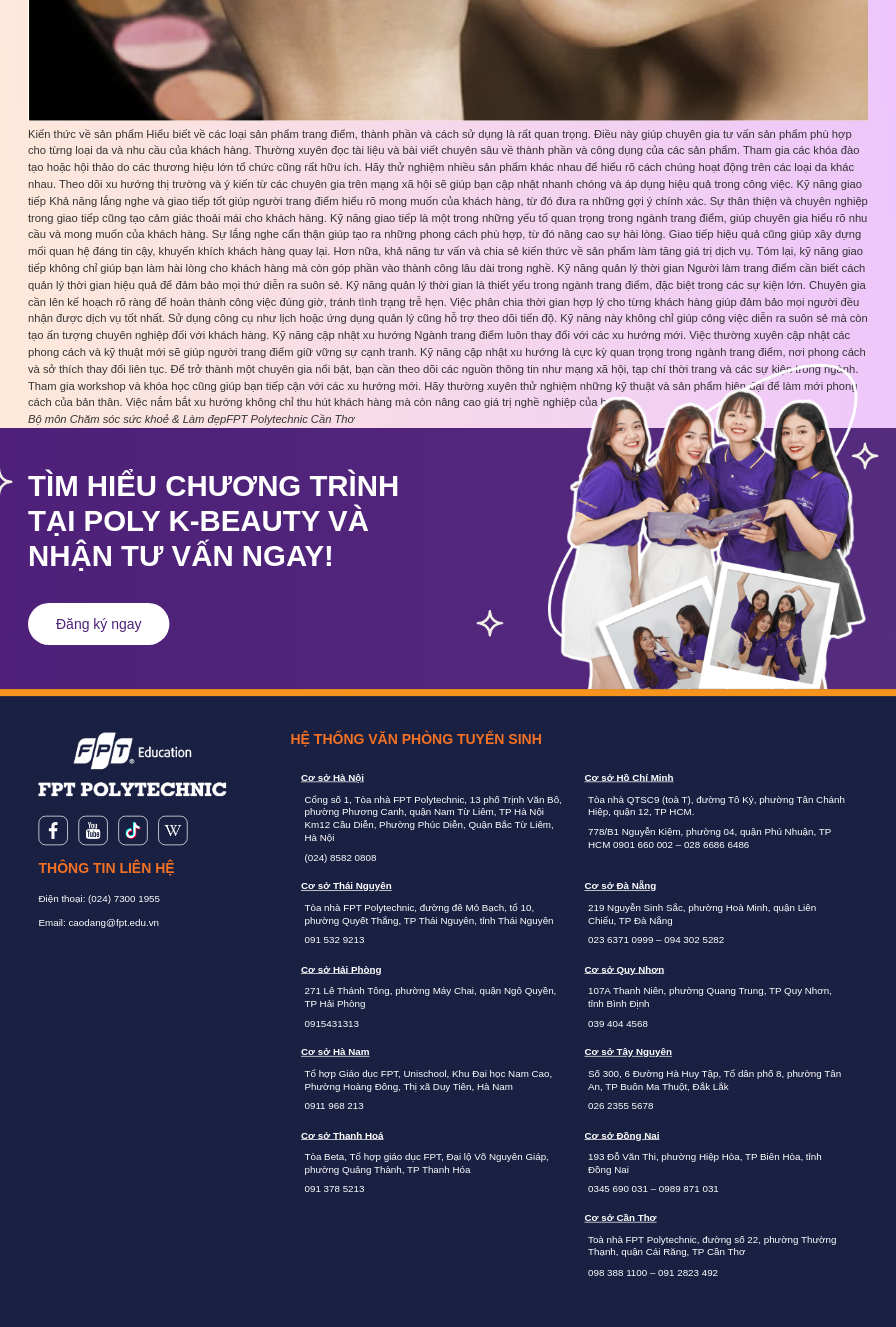
Repository: dinhtri123/k_beauty
Page: detail.html
These files come from the project's save history. The page is drawn as it stood at one moment and after the next save; the edit follows.
The browser window is 1280 px wide. The pictures show the part of the page from y = 1269 to 3189 px (the page is 3165 px tall before and 3189 px after), at 70% of full size.
Some web fonts or font styles are not loaded; a fallback is used.

Above is the page before, as saved 2024-12-25 20:26:41.

### detail.html
<!DOCTYPE html>
<html lang="en">

<head>
  <meta charset="UTF-8">
  <meta name="viewport" content="width=device-width, initial-scale=1.0">
  <title>Details Page</title>
  <link rel="stylesheet" href="https://cdn.jsdelivr.net/npm/swiper@11/swiper-bundle.min.css" />
  <link rel="stylesheet" href="https://cdnjs.cloudflare.com/ajax/libs/font-awesome/6.7.2/css/all.min.css"
    integrity="sha512-Evv84Mr4kqVGRNSgIGL/F/aIDqQb7xQ2vcrdIwxfjThSH8CSR7PBEakCr51Ck+w+/U6swU2Im1vVX0SVk9ABhg=="
    crossorigin="anonymous" referrerpolicy="no-referrer" />
  <link rel="stylesheet" href="./css/style.css">
  <link rel="stylesheet" href="./css/detail.css">
</head>

<body>
  <header>
    <div class="header-top-wrapper">
      <div class="container">
        <div class="header-top">
          <div class="header-top-left">
            <a href="mailto:caodang@fpt.edu.vn">
              <img src="./images/mail-outline.png" alt="">
              <span>caodang@fpt.edu.vn</span>
            </a>
            <p>
              <img src="./images/call-outline.png" alt="">
              <a href="tel:024 6327 6402">024 6327 6402</a>
              <span>|</span>
              <a href="tel: 0981 725 836"> 0981 725 836</a>
            </p>
          </div>
          <div class="header-top-right">
            <a href="">
              <img src="./images/Facebook.png" alt="">
            </a>
            <a href="">
              <img src="./images/YouTube.png" alt="">
            </a>
            <a href="">
              <img src="./images/TikTok.png" alt="">
            </a>
            <a href="">
              <img src="./images/Frame.png" alt="">
            </a>
          </div>
        </div>
      </div>
    </div>
    <div class="header-main container">
      <a href="" class="header-logo">
        <img src="./images/logo.png" alt="">
      </a>
      <nav class="header-nav">
        <ul class="header-menu">
          <li>
            <a href="">Trang chủ</a>
          </li>
          <li>
            <a href="">Giới thiệu
              <span>
                <img src="./images/arrow-bottom.png" alt="">
              </span>
            </a>
          </li>
          <li>
            <a href="">ngành đào tạo
              <span>
                <img src="./images/arrow-bottom.png" alt="">
              </span>
            </a>
          </li>
          <li>
            <a href="">ƯU đãi</a>
          </li>
          <li>
            <a href="">kiến thức da liễu cùng chuyên gia</a>
          </li>
          <li class="header-btn-close sm">
            <i class="fa-solid fa-xmark"></i>
          </li>
        </ul>
      </nav>
      <span class="header-btn-menu sm">
        <i class="fa-solid fa-bars"></i>
      </span>
    </div>
  </header>
  <main>
    <div class="detail-breadcrumb">
      <img src="./images/breadcrumb-img.jpg" alt="">
      <div class="container">
        <a href="#"><i class="fa-solid fa-arrow-left-long"></i> Quay lại</a>
      </div>
    </div>
    <section class="detail">
      <div class="container">
        <div class="detail-main">
          <h2>Những kỹ năng cần thiết để thành công trong ngành trang điểm</h2>
          <time datetime=""><i class="fa-solid fa-clock"></i>12:18 20/03/2023</time>
          <div class="detial-content">
            <b>Để thành công trong ngành trang điểm, người làm nghề cần sở hữu một loạt kỹ năng đa dạng và chuyên môn
              hóa. Dưới đây là
              một số kỹ năng quan trọng.</b>
            <h3>Kỹ năng nghệ thuật</h3>
            <p>Khả năng sáng tạo là yếu tố cốt lõi. Người trang điểm cần có mắt thẩm mỹ để phối hợp màu sắc, hình dạng
              và kỹ thuật, tạo
              ra những kiểu trang điểm phù hợp với từng khuôn mặt và bối cảnh.
              Để nâng cao kỹ năng sáng tạo trong trang điểm, bạn có thể bắt đầu bằng cách thường xuyên tham gia các khóa
              học và
              workshop. Hãy thử nghiệm với các sản phẩm và màu sắc khác nhau, tạo ra nhiều kiểu dáng và phong cách mới.
              Theo dõi xu hướng trên mạng xã hội, như Instagram và TikTok, để tìm cảm hứng. Thực hành thường xuyên và
              ghi lại quá
              trình sáng tạo của bạn sẽ giúp cải thiện kỹ năng. Cuối cùng, tham gia vào những cộng đồng trang điểm để
              trao đổi ý tưởng
              và học hỏi từ những người khác.</p>
            <img src="./images/detail-img.jpg" alt="">
            <p>Kiến thức về sản phẩm
              Hiểu biết về các loại sản phẩm trang điểm, thành phần và cách sử dụng là rất quan trọng. Điều này giúp
              chuyên gia tư vấn
              sản phẩm phù hợp cho từng loại da và nhu cầu của khách hàng. Thường xuyên đọc tài liệu và bài viết chuyên
              sâu về thành
              phần và công dụng của các sản phẩm.
              Tham gia các khóa đào tạo hoặc hội thảo do các thương hiệu lớn tổ chức cũng rất hữu ích. Hãy thử nghiệm
              nhiều sản phẩm
              khác nhau để hiểu rõ cách chúng hoạt động trên các loại da khác nhau. Theo dõi xu hướng thị trường và ý
              kiến từ các
              chuyên gia trên mạng xã hội sẽ giúp bạn cập nhật nhanh chóng và áp dụng hiệu quả trong công việc.
              Kỹ năng giao tiếp
              Khả năng lắng nghe và giao tiếp tốt giúp người trang điểm hiểu rõ mong muốn của khách hàng, từ đó đưa ra
              những gợi ý
              chính xác. Sự thân thiện và chuyên nghiệp trong giao tiếp cũng tạo cảm giác thoải mái cho khách hàng.
              Kỹ năng giao tiếp là một trong những yếu tố quan trọng trong ngành trang điểm, giúp chuyên gia hiểu rõ nhu
              cầu và mong
              muốn của khách hàng. Sự lắng nghe cẩn thận giúp tạo ra những phong cách phù hợp, từ đó nâng cao sự hài
              lòng.
              Giao tiếp hiệu quả cũng giúp xây dựng mối quan hệ đáng tin cậy, khuyến khích khách hàng quay lại. Hơn nữa,
              khả năng tư
              vấn và chia sẻ kiến thức về sản phẩm làm tăng giá trị dịch vụ. Tóm lại, kỹ năng giao tiếp không chỉ giúp
              bạn làm hài
              lòng cho khách hàng mà còn góp phần vào thành công lâu dài trong nghề.
              Kỹ năng quản lý thời gian
              Người làm trang điểm cần biết cách quản lý thời gian hiệu quả để đảm bảo mọi thứ diễn ra suôn sẻ. Kỹ năng
              quản lý thời
              gian là thiết yếu trong ngành trang điểm, đặc biệt trong các sự kiện lớn. Chuyên gia cần lên kế hoạch rõ
              ràng để hoàn
              thành công việc đúng giờ, tránh tình trạng trễ hẹn.
              Việc phân chia thời gian hợp lý cho từng khách hàng giúp đảm bảo mọi người đều nhận được dịch vụ tốt nhất.
              Sử dụng công
              cụ như lịch hoặc ứng dụng quản lý cũng hỗ trợ theo dõi tiến độ. Kỹ năng này không chỉ giúp công việc diễn
              ra suôn sẻ mà
              còn tạo ấn tượng chuyên nghiệp đối với khách hàng.
              Kỹ năng cập nhật xu hướng
              Ngành trang điểm luôn thay đổi với các xu hướng mới. Việc thường xuyên cập nhật các phong cách và kỹ thuật
              mới sẽ giúp
              người trang điểm giữ vững sự cạnh tranh. Kỹ năng cập nhật xu hướng là cực kỳ quan trọng trong ngành trang
              điểm, nơi
              phong cách và sở thích thay đổi liên tục.
              Để trở thành một chuyên gia nổi bật, bạn cần theo dõi các nguồn thông tin như mạng xã hội, tạp chí thời
              trang và các sự
              kiện trong ngành. Tham gia workshop và khóa học cũng giúp bạn tiếp cận với các xu hướng mới. Hãy thường
              xuyên thử nghiệm
              những kỹ thuật và sản phẩm hiện đại để làm mới phong cách của bản thân. Việc nắm bắt xu hướng không chỉ
              thu hút khách
              hàng mà còn nâng cao giá trị nghề nghiệp của bạn.</p>
            <address>Bộ môn Chăm sóc sức khoẻ & Làm đẹpFPT Polytechnic Cần Thơ</address>
          </div>
        </div>
      </div>
    </section>
  </main>
  <div class="form-bottom">
    <div class="container">
      <div class="form-inner">
        <div class="form-text">
          <h2>Tìm hiểu chương trình tại Poly K-Beauty và nhận tư vấn ngay!</h2>
          <button>Đăng ký ngay</button>
        </div>
        <div class="form-img">
          <img src="./images/form-img.png" alt="">
        </div>
      </div>
    </div>
  </div>
  <footer>
    <div class="container">
      <div class="footer-wrapper">
        <div class="footer-left">
          <div class="footer-logo">
            <img src="./images/logo-footer.png" alt="">
          </div>
          <div class="footer-social">
            <a href="#">
              <img src="./images/icon-fb.png" alt="">
            </a>
            <a href="#">
              <img src="./images/icon-ytb.png" alt="">
            </a>
            <a href="#">
              <img src="./images/icon-tiktok.png" alt="">
            </a>
            <a href="#">
              <img src="./images/icon-wiki.png" alt="">
            </a>
          </div>
          <div class="footer-contact">
            <h3>THÔNG TIN LIÊN HỆ</h3>
            <ul>
              <li>Điện thoại: (024) 7300 1955</li>
              <li>Email: caodang@fpt.edu.vn</li>
            </ul>
          </div>
        </div>
        <div class="footer-right">
          <h3>HỆ THỐNG VĂN PHÒNG TUYỂN SINH</h3>
          <div class="footer-local">
            <div class="local-item">
              <h4>Cơ sở Hà Nội</h4>
              <ul>
                <li><span><ion-icon name="location-outline"></ion-icon></span> Cổng số 1, Tòa nhà FPT
                  Polytechnic, 13 phố Trịnh Văn Bô, phường Phương Canh, quận Nam Từ Liêm, TP Hà Nội
                  Km12
                  Cầu Diễn, Phường Phúc Diễn, Quận Bắc Từ Liêm, Hà Nội</li>
                <li><span><ion-icon name="call-outline"></ion-icon></span>(024) 8582 0808</li>
              </ul>
            </div>
            <div class="local-item">
              <h4>Cơ sở Hồ Chí Minh</h4>
              <ul>
                <li><span><ion-icon name="location-outline"></ion-icon></span> Tòa nhà QTSC9 (toà T),
                  đường
                  Tô Ký, phường Tân Chánh Hiệp, quận 12, TP HCM.</li>
                <li><span><ion-icon name="location-outline"></ion-icon></span> 778/B1 Nguyễn Kiệm,
                  phường
                  04, quận Phú Nhuận, TP HCM
                  0901 660 002 – 028 6686 6486</li>
              </ul>
            </div>
            <div class="local-item">
              <h4>Cơ sở Thái Nguyên</h4>
              <ul>
                <li><span><ion-icon name="location-outline"></ion-icon></span> Tòa nhà FPT Polytechnic,
                  đường đê Mỏ Bạch, tổ 10, phường Quyết Thắng, TP Thái Nguyên, tỉnh Thái Nguyên</li>
                <li><span><ion-icon name="location-outline"></ion-icon></span> 091 532 9213</li>
              </ul>
            </div>
            <div class="local-item">
              <h4>Cơ sở Đà Nẵng</h4>
              <ul>
                <li><span><ion-icon name="location-outline"></ion-icon></span> 219 Nguyễn Sinh Sắc,
                  phường
                  Hoà Minh, quận Liên Chiểu, TP Đà Nẵng</li>
                <li><span><ion-icon name="location-outline"></ion-icon></span> 023 6371 0999 – 094 302
                  5282
                </li>
              </ul>
            </div>
            <div class="local-item">
              <h4>Cơ sở Hải Phòng</h4>
              <ul>
                <li><span><ion-icon name="location-outline"></ion-icon></span> 271 Lê Thánh Tông, phường
                  Máy
                  Chai, quận Ngô Quyền, TP Hải Phòng</li>
                <li><span><ion-icon name="location-outline"></ion-icon></span> 0915431313</li>
              </ul>
            </div>
            <div class="local-item">
              <h4>Cơ sở Quy Nhơn</h4>
              <ul>
                <li><span><ion-icon name="location-outline"></ion-icon></span> 107A Thanh Niên, phường
                  Quang
                  Trung, TP Quy Nhơn, tỉnh Bình Định</li>
                <li><span><ion-icon name="location-outline"></ion-icon></span> 039 404 4568</li>
              </ul>
            </div>
            <div class="local-item">
              <h4>Cơ sở Hà Nam</h4>
              <ul>
                <li><span><ion-icon name="location-outline"></ion-icon></span> Tổ hợp Giáo dục FPT,
                  Unischool, Khu Đại học Nam Cao, Phường Hoàng Đông, Thị xã Duy Tiên, Hà Nam</li>
                <li><span><ion-icon name="location-outline"></ion-icon></span> 0911 968 213</li>
              </ul>
            </div>
            <div class="local-item">
              <h4>Cơ sở Tây Nguyên</h4>
              <ul>
                <li><span><ion-icon name="location-outline"></ion-icon></span> Số 300, 6 Đường Hà Huy
                  Tập,
                  Tổ dân phố 8, phường Tân An, TP Buôn Ma Thuột, Đắk Lắk</li>
                <li><span><ion-icon name="location-outline"></ion-icon></span> 026 2355 5678</li>
              </ul>
            </div>
            <div class="local-item">
              <h4>Cơ sở Thanh Hoá</h4>
              <ul>
                <li><span><ion-icon name="location-outline"></ion-icon></span> Tòa Beta, Tổ hợp giáo dục
                  FPT, Đại lộ Võ Nguyên Giáp, phường Quảng Thành, TP Thanh Hóa</li>
                <li><span><ion-icon name="location-outline"></ion-icon></span> 091 378 5213</li>
              </ul>
            </div>
            <div class="local-item">
              <h4>Cơ sở Đồng Nai</h4>
              <ul>
                <li><span><ion-icon name="location-outline"></ion-icon></span> 193 Đỗ Văn Thi, phường
                  Hiệp
                  Hòa, TP Biên Hòa, tỉnh Đồng Nai</li>
                <li><span><ion-icon name="location-outline"></ion-icon></span> 0345 690 031 – 0989 871
                  031
                </li>
              </ul>
            </div>
            <div class="local-item">
              <h4>Cơ sở Cần Thơ</h4>
              <ul>
                <li><span><ion-icon name="location-outline"></ion-icon></span> Toà nhà FPT Polytechnic,
                  đường số 22, phường Thường Thạnh, quận Cái Răng, TP Cần Thơ</li>
                <li><span><ion-icon name="location-outline"></ion-icon></span> 098 388 1100 – 091 2823
                  492
                </li>
              </ul>
            </div>
          </div>
        </div>
      </div>
    </div>
  </footer>
</body>

<script src="./js/index.js"></script>

</html>

### css/detail.css
.detail-breadcrumb {
  position: relative;
}
.detail-breadcrumb .container {
  position: absolute;
  top: 0;
  left: 50%;
  width: 100%;
  height: 100%;
  transform: translateX(-50%);
  padding-top: 24px;
}
.detail-breadcrumb a {
  background-color: var(--cl-white);
  border-radius: 50px;
  padding: 12px 24px;
  display: flex;
  align-items: center;
  justify-content: center;
  gap: 10px;
  color: var(--cl-primary);
  font-size: 20px;
  line-height: 28px;
  font-weight: 590;
  width: fit-content;
}
.detail {
  background: linear-gradient(85.77deg, #feeada 0%, #edc4fd 100%);
}

Loaded but not shown: js/index.js (50 lines, source omitted); css/style.css (855 lines, source omitted)

After the next save:
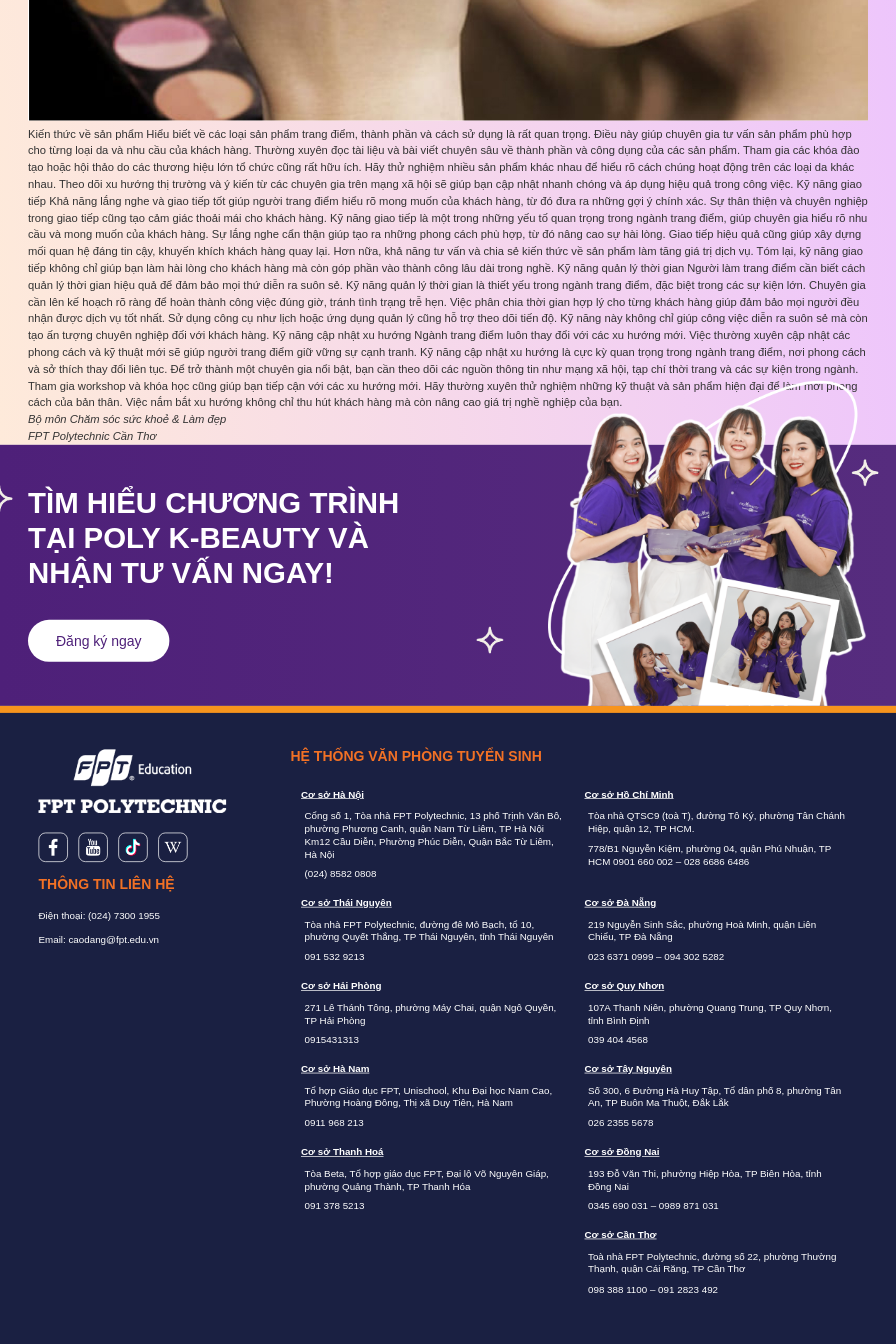
Saved 6 s later.
--- a/detail.html
+++ b/detail.html
@@ -163,7 +163,7 @@
               những kỹ thuật và sản phẩm hiện đại để làm mới phong cách của bản thân. Việc nắm bắt xu hướng không chỉ
               thu hút khách
               hàng mà còn nâng cao giá trị nghề nghiệp của bạn.</p>
-            <address>Bộ môn Chăm sóc sức khoẻ & Làm đẹpFPT Polytechnic Cần Thơ</address>
+            <address>Bộ môn Chăm sóc sức khoẻ & Làm đẹp<br>FPT Polytechnic Cần Thơ</address>
           </div>
         </div>
       </div>
